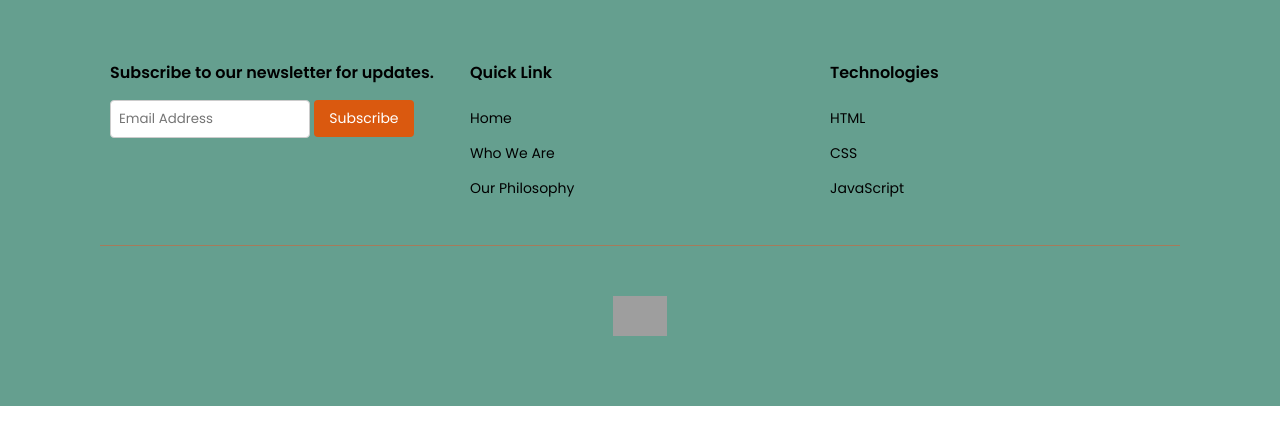
Repository: andajonas/Module_08_ANDJON25111_fto2502_A2_Anda-Jonas_SDF04
Page: index.html
The author's editor kept a copy of each file at every save. The page is drawn from the files as they stood at one save, then again after a run of saves.
The browser window is 1280 px wide. The pictures show the whole page.
Pictures or frames that could not be fetched are drawn as grey boxes.

Above is the page before, as saved 2025-03-20 19:31:53.

After the next 2 saves:
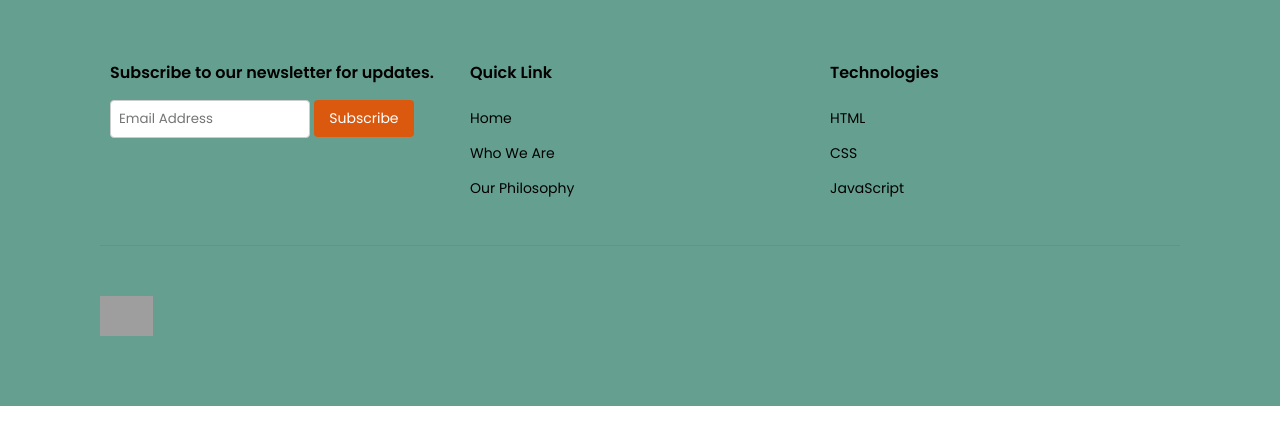
The 2 saves are shown as one change because they came seconds apart.
The last was saved 21 s later.
--- a/styles.css
+++ b/styles.css
@@ -78,7 +78,7 @@ footer .container {
 /* Footer Logo */
 .footer-logo {
     display: flex;
-    justify-content: center;
+    justify-content: flex-start;
     padding: 20px 0;
 }
 
